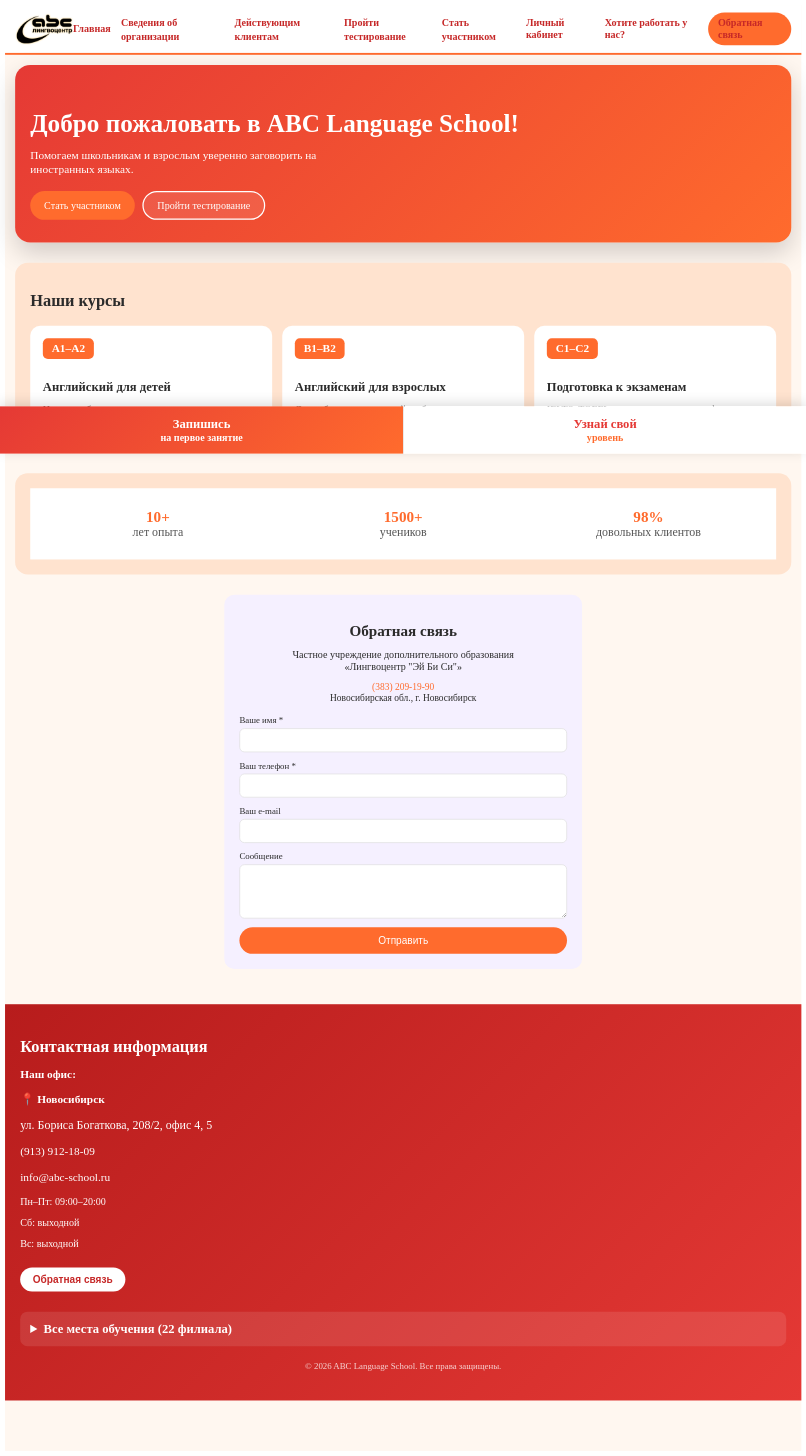
Repository: vidergooold/abc-language-school
Page: / (app in frontend/)
The author's editor kept a copy of each file at every save. The page is drawn from the files as they stood at one save, then again after the next save.
The browser window is 1280 px wide. The pictures show the whole page, at 63% of full size.
The project was rebuilt for these pictures with package versions that can differ from the ones it lists, and the page was loaded fresh each time. Also part of the build but not shown: frontend/vite.config.ts, frontend/src/components/courses/CoursesFilter.vue, frontend/src/components/courses/CourseCard.vue, frontend/src/components/courses/CoursesGrid.vue, frontend/src/pages/Courses.vue, frontend/src/pages/Login.vue, frontend/src/pages/Register.vue, frontend/src/pages/Enroll.vue and 22 more.

Above is the page before, as saved 2026-01-11 21:55:48.

After the next save:
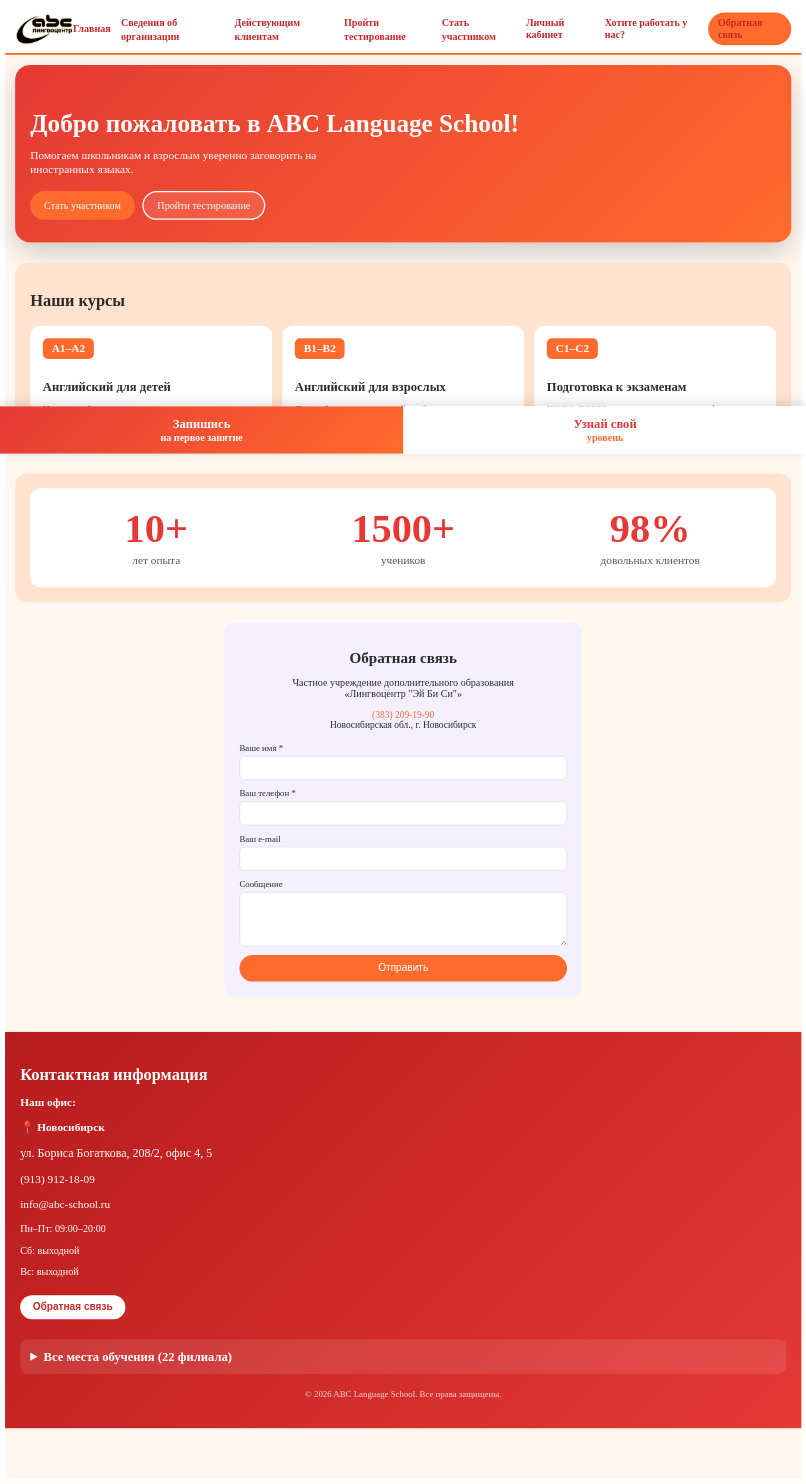
Saved 19 s later.
--- a/frontend/src/components/home/StatsBlock.vue
+++ b/frontend/src/components/home/StatsBlock.vue
@@ -1,18 +1,18 @@
 <template>
   <section class="stats">
     <div class="stats__item">
-      <strong>10+</strong>
-      <span>лет опыта</span>
+      <strong class="stats__number">10+</strong>
+      <span class="stats__label">лет опыта</span>
     </div>
 
     <div class="stats__item">
-      <strong>1500+</strong>
-      <span>учеников</span>
+      <strong class="stats__number">1500+</strong>
+      <span class="stats__label">учеников</span>
     </div>
 
     <div class="stats__item">
-      <strong>98%</strong>
-      <span>довольных клиентов</span>
+      <strong class="stats__number">98%</strong>
+      <span class="stats__label">довольных клиентов</span>
     </div>
   </section>
 </template>
@@ -21,23 +21,30 @@
 .stats {
   display: grid;
   grid-template-columns: 1fr;
-  gap: 16px;
+  gap: 24px;
   padding: 32px 16px;
   background: var(--bg-white);
+  border-radius: 16px;
 }
 
 .stats__item {
   text-align: center;
 }
 
-.stats__item strong {
-  font-size: 24px;
-  color: var(--brand-orange);
+.stats__number {
+  display: block;
+  font-size: 64px; /* как на скрине */
+  font-weight: 900;
+  color: var(--brand-red);
+  line-height: 1;
+  margin-bottom: 8px;
 }
 
-.stats__item span {
+.stats__label {
   display: block;
+  font-size: 18px;
   color: var(--text-secondary);
+  font-weight: 500;
 }
 
 @media (min-width: 768px) {
